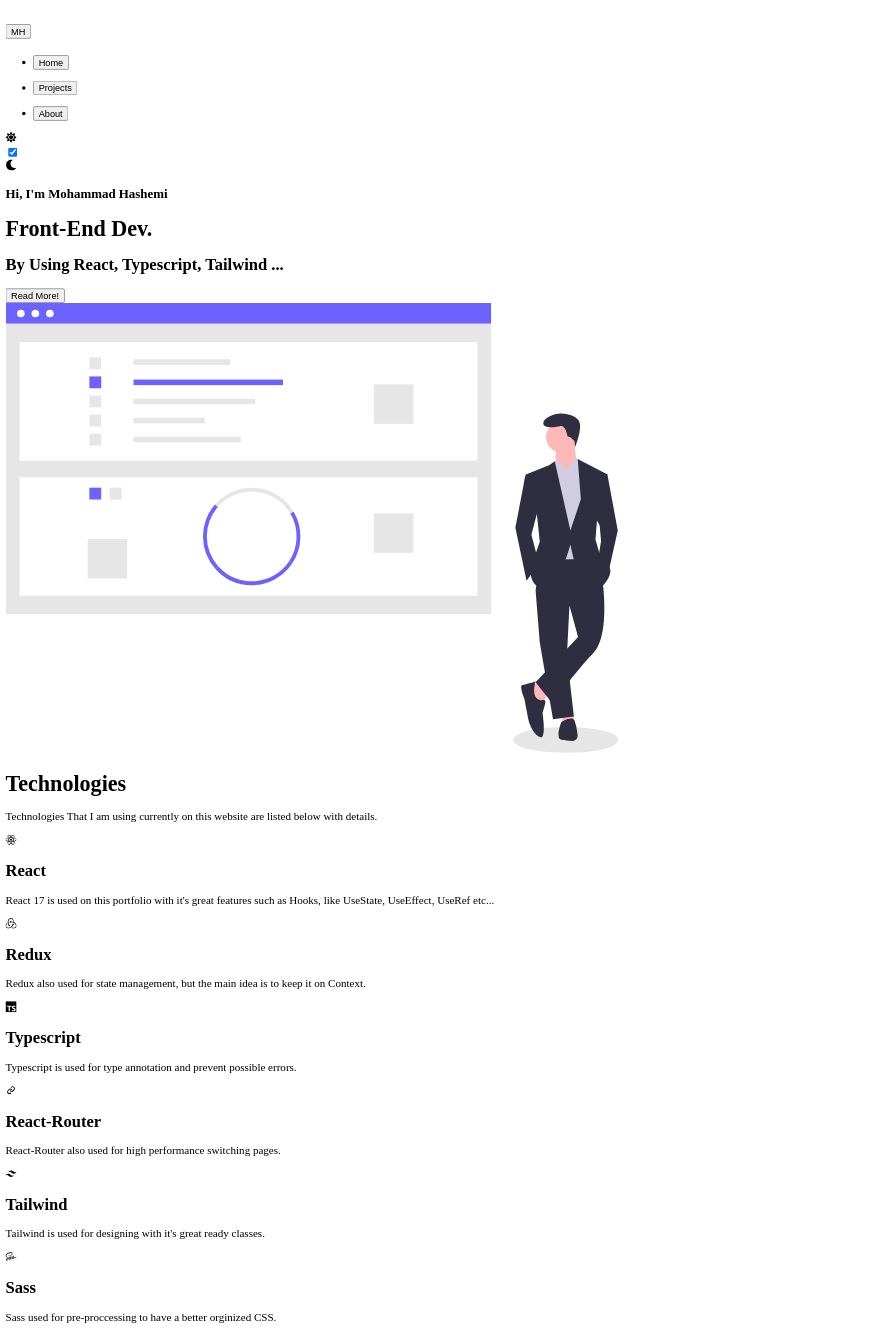
Repository: SMohammadH/react-typescript-tailwind
Page: /
The author's editor kept a copy of each file at every save. The page is drawn from the files as they stood at one save, then again after the next save.
The browser window is 1280 px wide. The pictures show the whole page, at 69% of full size.
The project was rebuilt for these pictures with package versions that can differ from the ones it lists, and the page was loaded fresh each time. Also part of the build but not shown: craco.config.js.

Above is the page before, as saved 2021-02-04 07:23:17.

After the next save:
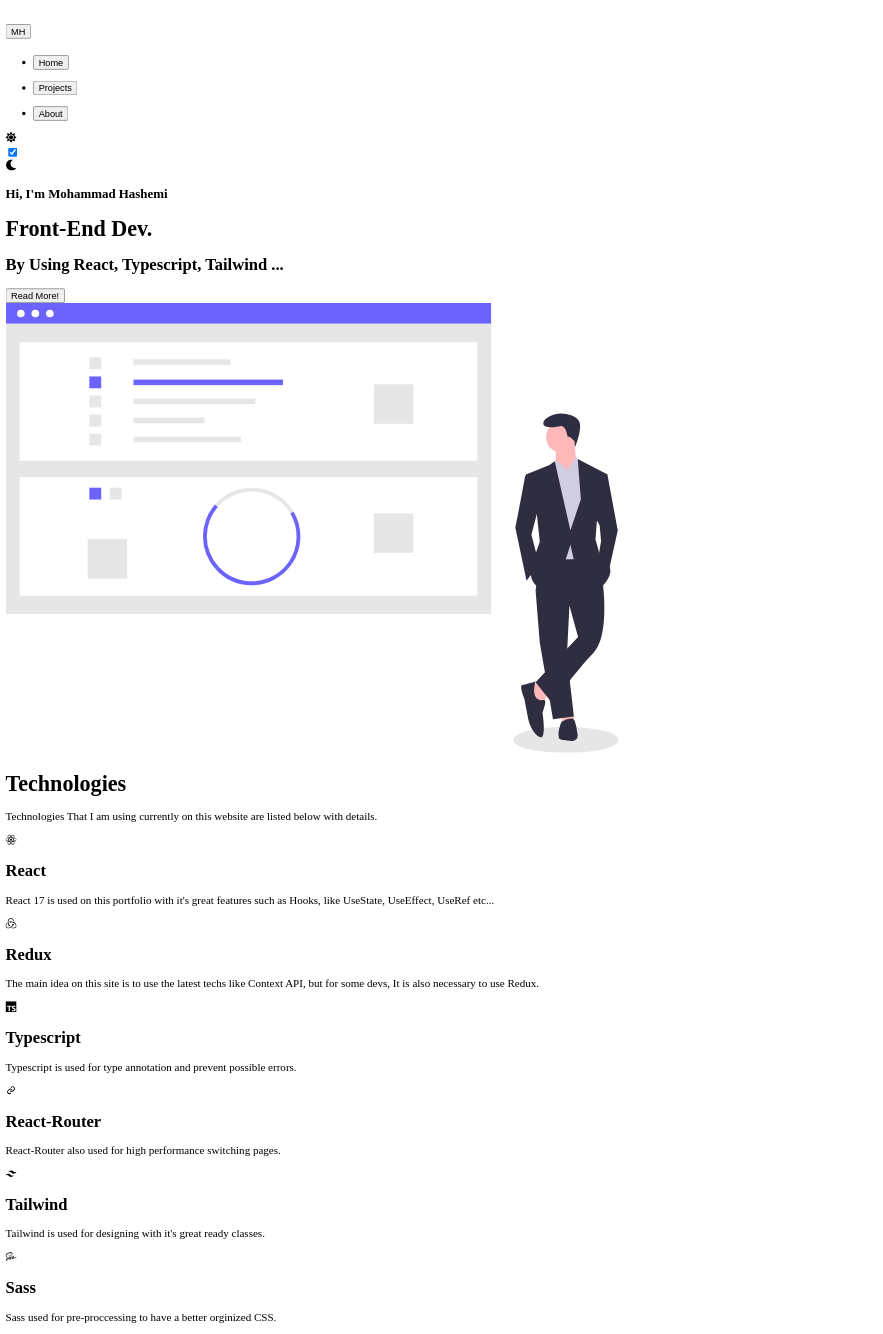
Saved 58 s later.
--- a/src/components/SecondSection.tsx
+++ b/src/components/SecondSection.tsx
@@ -9,7 +9,7 @@
   },
   {
     redux:
-      'Redux also used for state management, but the main idea is to keep it on Context.',
+      'The main idea on this site is to use the latest techs like Context API, but for some devs, It is also necessary to use Redux.',
   },
   {
     typescript:
